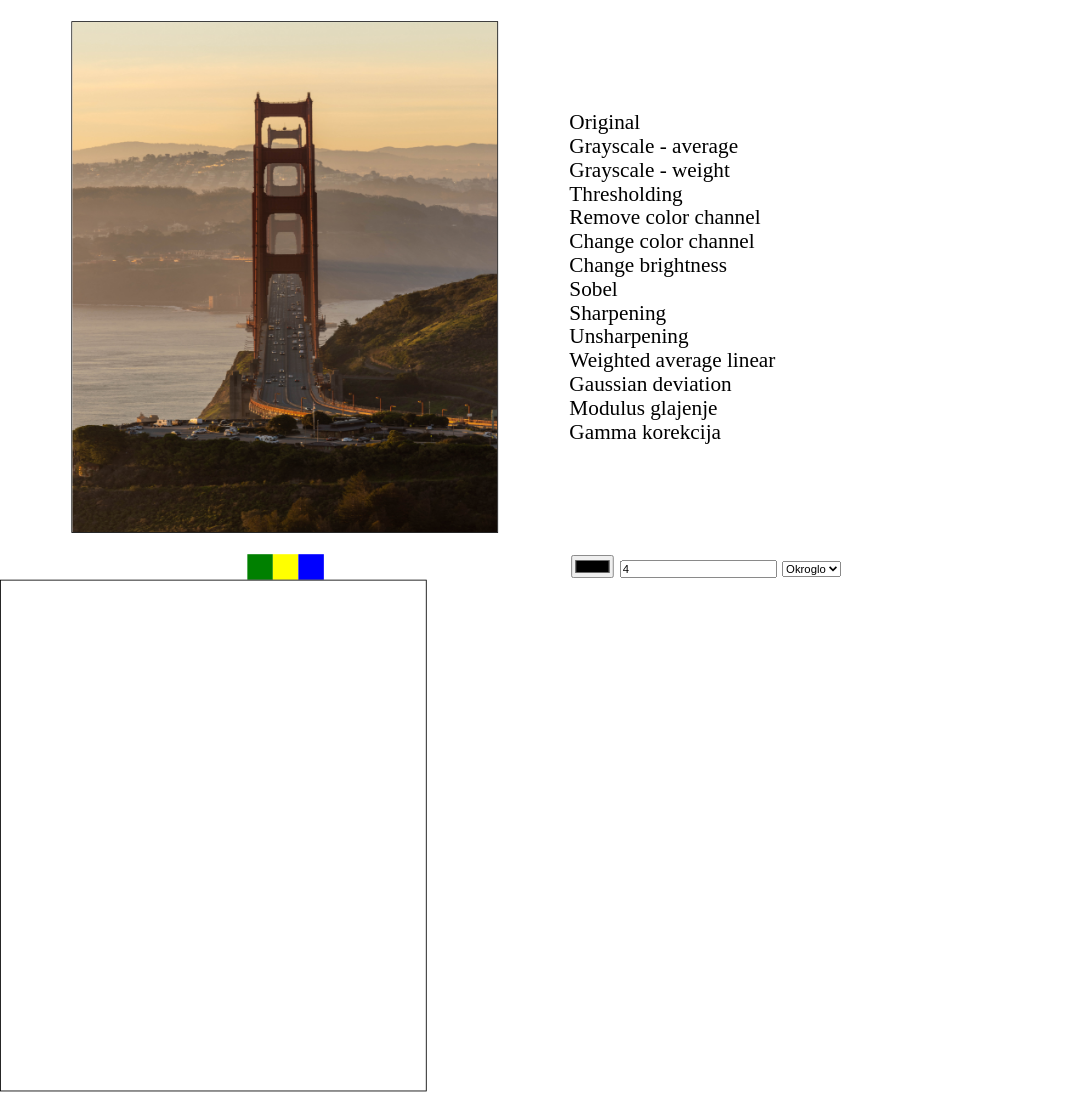
Repository: fussionko/web_photoshop
Page: index.html
These files come from the project's save history. The page is drawn as it stood at one moment and after the next save; the edit follows.
The browser window is 1280 px wide. The pictures show the whole page, at 85% of full size.

Above is the page before, as saved 2022-04-28 11:35:35.

### index.html
<!doctype html>
<html lang="en">
    <head>
        <meta charset="utf-8">
        <meta name="viewport" content="width=device-width, initial-scale=1">

        <title>Slike</title>
        <link rel="stylesheet" href="style.css">
    </head>
    <body>
        <div id="container-main">
            <canvas id="main_canvas"></canvas>
            <div id="container-buttons"></div>
            <div id="container-controls"></div>
        </div>
        <div id="container-assist">
            <div id="container-history"><div id="history-back"></div><div id="history-fow"></div><div id="history-reset"></div></div>
            <div id="container-color">
                <input type="color" id="color" value="#000000">
                <input type="number" id="brush-size" step="1" value="4">
                <select id="cap-type">
                    <option value="butt">Butt</option>
                    <option value="round" selected>Okroglo</option>
                    <option value="square">Kvadrat</option>
                </select>
            </div>
        </div>
        <div id="container-histogram">
            <canvas id="main-graph"></canvas>
        </div>

        <script src="filters.js"></script>
        <script src="draw.js"></script>
        <script src="history.js"></script>
        <script src="graph.js"></script>
        <script src="main.js"></script>
    </body>
</html>

### style.css
html {
    margin: 0;
    width: 100%;
    height: 100%;

    background-color: white !important;
}
body {
    margin: 0;

    display: grid;
    align-items: center;

    font-size: 25px;
    background-color: white !important;
    width: 100%;
    height: 100%;

}

#container-main {
    width: 100%;
    display: grid;
    grid-template-columns: auto auto 200px;
    align-items: center;
    justify-content: space-evenly;
    margin: 25px 0;
}
canvas {

    border: 1px solid black;
}

.button-function {
    border: 1px solid black;
    padding: 5px;
    margin: 5px;;
}

#container-assist {
    display: grid;
    grid-template-columns: auto auto ;
    justify-content: space-evenly;
}

#container-history {
    display: flex;

}

#history-back, #history-fow, #history-reset {
    width: 30px;
    height: 30px;
}

#history-fow {
    background-color: yellow;
}

#history-back {
    background-color: green;
}

#history-reset {
    background-color: blue;
}

### filters.js
let ultra_computed_gaussian_blur = {};

function gaussian_blur(img_data, deviation)
{
    if(deviation === 0) return img_data;
    if(ultra_computed_gaussian_blur[deviation] !== undefined) return ultra_computed_gaussian_blur[deviation];

    let new_img_data = [];
    const range = 2*deviation;
    let matrix_gaussian = [], sum = get_gaussian_matrix(range, deviation, matrix_gaussian);
    for(let i = 0; i < img_data.length; i+=4)
    {
        let matrix_r_adjecant = [], matrix_g_adjecant = [], matrix_b_adjecant = [];
        get_adjecant_pixels(i, range, img_data, matrix_r_adjecant, matrix_g_adjecant, matrix_b_adjecant);
        new_img_data[i] = calculateMatrixSum(matrix_gaussian, matrix_r_adjecant)/sum;
        new_img_data[i+1] = calculateMatrixSum(matrix_gaussian, matrix_g_adjecant)/sum;
        new_img_data[i+2] = calculateMatrixSum(matrix_gaussian, matrix_b_adjecant)/sum;
        new_img_data[i+3] = img_data[i+3];
    }
    ultra_computed_gaussian_blur[deviation] = new_img_data;

    return new_img_data;
}

function get_adjecant_pixels(index, range, img_data, matrix_r_adjecant, matrix_g_adjecant, matrix_b_adjecant)
{
    let next = canvas_width*4;
    for(let y = -range; y <= range; y++)
    {
        let yrange = y+range;
        matrix_r_adjecant[yrange] = [];
        matrix_g_adjecant[yrange] = [];
        matrix_b_adjecant[yrange] = [];
        for(let x = -range; x <= range; x++)
        {
            let xrange = x+range;
            let r = 128, g = 128, b = 128;
            if(index%(canvas_width*4)+x*4 >= 0)
            {
                const main_i = index+next*y+4*x;
                if(main_i >= 0)
                {
                    r = img_data[main_i];
                    g = img_data[main_i+1];
                    b = img_data[main_i+2];
                }
            }
            matrix_r_adjecant[yrange][xrange] = r;
            matrix_g_adjecant[yrange][xrange] = g;
            matrix_b_adjecant[yrange][xrange] = b;
        }
    }
}

function get_adjecant_pixels_array(index, range, img_data, array_r_adjecant, array_g_adjecant, array_b_adjecant)
{
    const next = canvas_width*4;
    for(let y = -range; y <= range; y++)
    {
        for(let x = -range; x <= range; x++)
        {
            let r = 0, g = 0, b = 0;
            if(index%(canvas_width*4)+x*4 >= 0)
            {
                const main_i = index+next*y+4*x;
                if(main_i >= 0)
                {
                    r = img_data[main_i];
                    g = img_data[main_i+1];
                    b = img_data[main_i+2];
                }
            }
            array_r_adjecant.push(r);
            array_g_adjecant.push(g);
            array_b_adjecant.push(b);
        }
    }
}

function get_gaussian_matrix(range, deviation, matrix_gaussian)
{
    let sum = 0;
    for(let y = -range; y <= range; y++)
    {
        matrix_gaussian[y+range] = [];
        for(let x = -range; x <= range; x++)
        {
            matrix_gaussian[y+range][x+range] = gaussian_2d_equation(x, y, deviation);
            sum += matrix_gaussian[y+range][x+range];
        }
    }
    return sum;
}

function gaussian_2d_equation(x, y, deviation)
{
    let exp = -(x*x+y*y)/(2*deviation*deviation);
    let main = 1/(2*Math.PI*deviation*deviation);
    return main*Math.pow(Math.E, exp);
}

function hexToRgb(hex) {
    var result = /^#?([a-f\d]{2})([a-f\d]{2})([a-f\d]{2})$/i.exec(hex);
    return result ? {
        r: parseInt(result[1], 16),
        g: parseInt(result[2], 16),
        b: parseInt(result[3], 16)
    } : null;
}

function calculateMatrixSum(matrix, values)
{
    let sum = 0;
    for(let i = 0; i < matrix[0].length; i++)
        for(let j = 0; j < matrix.length; j++)
            if(values[i][j] !== undefined)
                sum += values[i][j]*matrix[i][j];
    return sum;
}

function sobel(img_data, min_color, max_color, color_ok, threshold)
{
    let new_img_data = [];
    img_data = grayscale_weight(img_data);
    if(color_ok === true)
    {
        for(let i = 0; i < img_data.length; i+=4)
        {
            let matrix_sum = img_data[i-canvas_width*4] + img_data[i-4] + img_data[i]*-4 + img_data[i+4] + img_data[i+canvas_width*4];
            let color = matrix_sum < threshold ? max_color : min_color;
            new_img_data[i] = hexToRgb(color).r;
            new_img_data[i+1] = hexToRgb(color).g;
            new_img_data[i+2] = hexToRgb(color).b;
            new_img_data[i+3] = img_data[i+3];
        }
    }
    else
    {
        if(computed_sobel !== undefined) return computed_sobel;
        for(let i = 0; i < img_data.length; i+=4)
        {
            let matrix_sum = img_data[i-4-canvas_width*4] + img_data[i-canvas_width*4]*2 + img_data[i+4-canvas_width*4] +
                            img_data[i-4+canvas_width*4]*-1 + img_data[i+canvas_width*4]*-2 + img_data[i+4+canvas_width*4]*-1;
            new_img_data[i] = matrix_sum;
            new_img_data[i+1] = matrix_sum;
            new_img_data[i+2] = matrix_sum;
            new_img_data[i+3] = img_data[i+3];
        }
        computed_sobel = new_img_data;
    }

    return new_img_data;
}

let ultra_computed_modulus = {};

function modulus(img_data, range)
{
    if(ultra_computed_modulus[range] !== undefined) return ultra_computed_modulus[range];

    let new_img_data = [];
    for(let i = 0; i < img_data.length; i+=4)
    {
        let array_r_adjecant = [], array_g_adjecant = [], array_b_adjecant = [];
        get_adjecant_pixels_array(i, range, img_data, array_r_adjecant, array_g_adjecant, array_b_adjecant);
        array_r_adjecant.sort();
        array_g_adjecant.sort();
        array_b_adjecant.sort();
        new_img_data[i] = array_r_adjecant[Math.floor(array_r_adjecant.length/2)];
        new_img_data[i+1] = array_g_adjecant[Math.floor(array_g_adjecant.length/2)];
        new_img_data[i+2] = array_b_adjecant[Math.floor(array_b_adjecant.length/2)];
        new_img_data[i+3] = img_data[i+3];
    }
    ultra_computed_modulus[range] = new_img_data;

    return new_img_data;
}

//let ultra_computed_gamma = {};
function gamma(img_data, gamma)
{
    //if(ultra_computed_gamma[gamma] !== undefined) return ultra_computed_gamma[gamma];

    let new_img_data = [];
    for(let i = 0; i < img_data.length; i+=4)
    {
        new_img_data[i] = 255*Math.pow((img_data[i]/255), gamma);
        new_img_data[i+1] = 255*Math.pow((img_data[i+1]/255), gamma);
        new_img_data[i+2] = 255*Math.pow((img_data[i+2]/255), gamma);
        new_img_data[i+3] = img_data[i+3];
    }
   // ultra_computed_gamma[gamma] = new_img_data;

    return new_img_data;
}

function sharpening(img_data)
{
    let new_img_data = [];
    for(let i = 0; i < img_data.length; i+=4)
    {
        let r_sum = img_data[i-4-canvas_width*4]*-1 + img_data[i-canvas_width*4]*-1 + img_data[i+4-canvas_width*4]*-1 +
                    img_data[i-4]*-1 + img_data[i]*9 + img_data[i+4]*-1 +
                    img_data[i-4+canvas_width*4]*-1 + img_data[i+canvas_width*4]*-1 + img_data[i+4+canvas_width*4]*-1;
        let g_sum = img_data[i+1-4-canvas_width*4]*-1 + img_data[i+1-canvas_width*4]*-1 + img_data[i+1+4-canvas_width*4]*-1 +
                    img_data[i+1-4]*-1 + img_data[i+1]*9 + img_data[i+1+4]*-1 +
                    img_data[i+1-4+canvas_width*4]*-1 + img_data[i+1+canvas_width*4]*-1 + img_data[i+1+4+canvas_width*4]*-1;
        let b_sum = img_data[i+2-4-canvas_width*4]*-1 + img_data[i+2-canvas_width*4]*-1 + img_data[i+2+4-canvas_width*4]*-1 +
                    img_data[i+2-4]*-1 + img_data[i+2]*9 + img_data[i+2+4]*-1 +
                    img_data[i+2-4+canvas_width*4]*-1 + img_data[i+2+canvas_width*4]*-1 + img_data[i+2+4+canvas_width*4]*-1;
        new_img_data[i] = r_sum;
        new_img_data[i+1] = g_sum;
        new_img_data[i+2] = b_sum;
        new_img_data[i+3] = img_data[i+3];
    }
    return new_img_data;
}

function unsharpening(img_data, amount, kernel_size)
{
    let new_img_data = [];
    let blurred = gaussian_blur(img_data, kernel_size);
    for(let i = 0; i < img_data.length; i+=4)
    {
        new_img_data[i] = img_data[i] + (img_data[i]-blurred[i])*amount;
        new_img_data[i+1] = img_data[i+1] + (img_data[i+1]-blurred[i+1])*amount;
        new_img_data[i+2] = img_data[i+2] + (img_data[i+2]-blurred[i+2])*amount;
        new_img_data[i+3] = img_data[i+3];
    }

    return new_img_data;
}

function box_filter(data_m)
{
    let sum = 0;
    for(let i = 0; i < data_m.length; i++)
        for(let j = 0; j < data_m.length; j++)
            sum += data_m[i][j];
    return sum*(1/9);
}

function weighted_avg_linear(img_data, weight)
{
    let new_img_data = [];
    let weighted_avg_linear_matrix_test = [
        [1, 2, 1],
        [2, 4*weight, 2],
        [1, 2, 1]
    ];
    weight *= 2;
    for(let i = 0; i < img_data.length; i+=4)
    {
        let values_matrix_r = [
            [img_data[i-4-canvas_width*4], img_data[i-canvas_width*4], img_data[i+4-canvas_width*4]],
            [img_data[i-4], img_data[i], img_data[i+4]],
            [img_data[i-4+canvas_width*4], img_data[i+canvas_width*4], img_data[i+4+canvas_width*4]]
        ];

        let values_matrix_g = [
            [img_data[i+1-4-canvas_width*4], img_data[i+1-canvas_width*4], img_data[i+1+4-canvas_width*4]],
            [img_data[i+1-4], img_data[i+1], img_data[i+1+4]],
            [img_data[i+1-4+canvas_width*4], img_data[i+1+canvas_width*4], img_data[i+1+4+canvas_width*4]]
        ];

        let values_matrix_b = [
            [img_data[i+2-4-canvas_width*4], img_data[i+2-canvas_width*4], img_data[i+2+4-canvas_width*4]],
            [img_data[i+2-4], img_data[i+2], img_data[i+2+4]],
            [img_data[i+2-4+canvas_width*4], img_data[i+2+canvas_width*4], img_data[i+2+4+canvas_width*4]]
        ];

        let mat_r = calculateMatrixSum(weighted_avg_linear_matrix_test, values_matrix_r)*(1/weight);
        let mat_g = calculateMatrixSum(weighted_avg_linear_matrix_test, values_matrix_g)*(1/weight);
        let mat_b = calculateMatrixSum(weighted_avg_linear_matrix_test, values_matrix_b)*(1/weight);

        new_img_data[i] = mat_r;
        new_img_data[i+1] = mat_g;
        new_img_data[i+2] = mat_b;
        new_img_data[i+3] = img_data[i+3];
    }

    return new_img_data;
}

function grayscale_average(img_data)
{
    let new_img_data = [];
    for(let i = 0; i < img_data.length; i+=4)
    {
        let avg = Math.round((img_data[i]+img_data[i+1]+img_data[i+2])/3);
        new_img_data[i] = avg;
        new_img_data[i+1] = avg;
        new_img_data[i+2] = avg;
        new_img_data[i+3] = img_data[i+3];
    }
    return new_img_data;
}

function grayscale_weight(img_data)
{
    let new_img_data = [];
    let r_weight = 0.299, g_weight = 0.587, b_weight = 0.114;
    for(let i = 0; i < img_data.length; i+=4)
    {
        let sum = img_data[i]*r_weight + img_data[i+1]*g_weight + img_data[i+2]*b_weight;
        new_img_data[i] = sum;
        new_img_data[i+1] = sum;
        new_img_data[i+2] = sum;
        new_img_data[i+3] = img_data[i+3];
    }
    return new_img_data;
}

function thresholding(img_data, pixel_value_min, pixel_value_max, threshold)
{
    let new_img_data = [];
    for(let i = 0; i < img_data.length; i+=4)
    {
        new_img_data[i] = img_data[i] > threshold ? pixel_value_max : pixel_value_min;
        new_img_data[i+1] = img_data[i+1] > threshold ? pixel_value_max : pixel_value_min;
        new_img_data[i+2] = img_data[i+2] > threshold ? pixel_value_max : pixel_value_min;
        new_img_data[i+3] = img_data[i+3];
    }
    return new_img_data;
}

function color_channel_remove(img_data, r, g, b)
{
    let new_img_data = [];
    for(let i = 0; i < img_data.length; i += 4)
    {
        new_img_data[i] = r === false ? 0 : img_data[i];
        new_img_data[i+1] = g === false ? 0 : img_data[i+1];
        new_img_data[i+2] = b === false ? 0 : img_data[i+2];
        new_img_data[i+3] = img_data[i+3];
    }
    return new_img_data;
}

function color_channel_change(img_data, r, g, b)
{
    let new_img_data = [];
    for(let i = 0; i < img_data.length; i += 4)
    {
        new_img_data[i] = r !== 0 ? img_data[i]+r : img_data[i];
        new_img_data[i+1] = g !== 0 ? img_data[i+1]+g : img_data[i+1];
        new_img_data[i+2] = b !== 0 ? img_data[i+2]+b : img_data[i+2];
        new_img_data[i+3] = img_data[i+3];
    }
    return new_img_data;
}

function brighten_image(img_data, brightnes_increase)
{
    let new_img_data = [];
    if(brightnes_increase === 0) return img_data;
    for(let i = 0; i < img_data.length; i+=4)
    {
        new_img_data[i] = img_data[i]+brightnes_increase;
        new_img_data[i+1] = img_data[i+1]+brightnes_increase;
        new_img_data[i+2] = img_data[i+2]+brightnes_increase;
        new_img_data[i+3] = img_data[i+3];
    }
    return new_img_data;
}

let computed_sobel;
let computed_sobel_x;
let computed_sobel_y;

let computed_sobel_sum_x;
let computed_sobel_sum_y; // mozno

function sobel_y(img_data, min_color, max_color, color_ok, threshold)
{
    let new_img_data = [];
    img_data = grayscale_weight(img_data);
    if(color_ok === true)
    {
        for(let i = 0; i < img_data.length; i+=4)
        {
            let matrix_sum = img_data[i-4-canvas_width*4] + img_data[i+4-canvas_width*4]*-1 +
                            img_data[i-4]*2 + img_data[i+4]*-2 +
                            img_data[i-4+canvas_width*4] + img_data[i+4+canvas_width*4]*-1;
            let color = matrix_sum < threshold ? max_color : min_color;
            new_img_data[i] = hexToRgb(color).r;
            new_img_data[i+1] = hexToRgb(color).g;
            new_img_data[i+2] = hexToRgb(color).b;
            new_img_data[i+3] = img_data[i+3];
        }
    }
    else
    {
        if(computed_sobel_y !== undefined) return computed_sobel_y;
        for(let i = 0; i < img_data.length; i+=4)
        {
            let matrix_sum = img_data[i-4-canvas_width*4] + img_data[i-canvas_width*4]*2 + img_data[i+4-canvas_width*4] +
                            img_data[i-4+canvas_width*4]*-1 + img_data[i+canvas_width*4]*-2 + img_data[i+4+canvas_width*4]*-1;
            new_img_data[i] = matrix_sum;
            new_img_data[i+1] = matrix_sum;
            new_img_data[i+2] = matrix_sum;
            new_img_data[i+3] = img_data[i+3];
        }
        computed_sobel_y = new_img_data;
    }

    return new_img_data;
}

function sobel_x(img_data, min_color, max_color, color_ok, threshold)
{
    let new_img_data = [];
    img_data = grayscale_weight(img_data);
    if(color_ok === true)
    {
        for(let i = 0; i < img_data.length; i+=4)
        {
            let matrix_sum = img_data[i-4-canvas_width*4] + img_data[i-canvas_width*4]*2 + img_data[i+4-canvas_width*4] +
                            img_data[i-4+canvas_width*4]*-1 + img_data[i+canvas_width*4]*-2 + img_data[i+4+canvas_width*4]*-1;
            let color = matrix_sum < threshold ? max_color : min_color;
            new_img_data[i] = hexToRgb(color).r;
            new_img_data[i+1] = hexToRgb(color).g;
            new_img_data[i+2] = hexToRgb(color).b;
            new_img_data[i+3] = img_data[i+3];
        }
    }
    else
    {
        if(computed_sobel_x !== undefined) return computed_sobel_x;
        for(let i = 0; i < img_data.length; i+=4)
        {
            let matrix_sum = img_data[i-4-canvas_width*4] + img_data[i-canvas_width*4]*2 + img_data[i+4-canvas_width*4] +
                            img_data[i-4+canvas_width*4]*-1 + img_data[i+canvas_width*4]*-2 + img_data[i+4+canvas_width*4]*-1;
            new_img_data[i] = matrix_sum;
            new_img_data[i+1] = matrix_sum;
            new_img_data[i+2] = matrix_sum;
            new_img_data[i+3] = img_data[i+3];
        }
        computed_sobel_x = new_img_data;
    }

    return new_img_data;
}

### draw.js
function loadDraw()
{
    document.addEventListener('mousemove', draw);
    document.addEventListener('mousedown', function(e){
        setPosition(e);
        draw(e);
    });
    document.addEventListener('mouseenter', setPosition);
    document.addEventListener('mouseup', function(e){
        if(e.clientX > canvas_x_position + canvas_width || e.clientX < canvas_x_position) return;
        if(e.clientY > canvas_y_position + canvas_height || e.clientY < canvas_y_position) return;
        loadImage(getPixelData());
    });

    document.getElementById("color").addEventListener("change", function(){
        draw_color = this.value;
        console.log(draw_color);
    });

    document.getElementById("brush-size").addEventListener("change", function(){
        brush_size = parseInt(this.value);
        console.log(brush_size);
    });

    document.getElementById("cap-type").addEventListener("change", function(){
        cap_type = this.value;
        console.log(cap_type);
    });
}

let pos = {x:0, y:0}

function setPosition(e)
{
    pos.x = e.clientX - canvas_x_position;
    pos.y = e.clientY - canvas_y_position;
}

let draw_color = "#000000";
let brush_size = 4;
let cap_type = "round";
function draw(e)
{
    if (e.buttons !== 1) return;

    main_ctx.beginPath(); // begin

    main_ctx.lineWidth = brush_size;
    main_ctx.lineCap = cap_type;
    main_ctx.strokeStyle = draw_color;

    main_ctx.moveTo(pos.x, pos.y); // from
    setPosition(e);
    main_ctx.lineTo(pos.x, pos.y); // to

    main_ctx.stroke(); // draw it!


}

function delete_draw(e)
{
    if (e.buttons !== 1) return;

    main_ctx.beginPath(); // begin

    main_ctx.lineWidth = brush_size;
    main_ctx.lineCap = 'round';
    main_ctx.strokeStyle = draw_color;

    main_ctx.moveTo(pos.x, pos.y); // from
    setPosition(e);
    main_ctx.lineTo(pos.x, pos.y); // to

    main_ctx.stroke(); // draw it!
}

### history.js
function loadHistory()
{
    document.getElementById("history-back").addEventListener("click", function(){
        if(moveBackwardHistory() == -1) return;
        loadImageHistory();
    })

    document.getElementById("history-fow").addEventListener("click", function(){
        if(moveFowardHistory() == -1) return;
        loadImageHistory();
    })

    document.getElementById("history-reset").addEventListener("click", function(){
        let draw_image = new ImageData(canvas_width, canvas_height);
        draw_image.data.set(original_img_data);
        history = [draw_image.data];
        currentHistoryIndex = 1;
        current_filter_data["filter"] = "original";
        current_filter_data["index"] = 1;
        current_filter_data["data"] = draw_image.data;
        loadImageHistory();
    })
}

let history = [];
let currentHistoryIndex = 0;
function addToHistory(img_data)
{
    if(checkSame(img_data, history[history.length-1]) == 1) return;
    if(currentHistoryIndex != history.length)
        removeHistoryToIndex();

    history.push(img_data);
    currentHistoryIndex++;
}

function removeHistoryToIndex()
{
    history.splice(currentHistoryIndex, history.length-currentHistoryIndex)
}

function moveFowardHistory()
{
    if(currentHistoryIndex+1 > history.length) return -1;
    currentHistoryIndex++;
    return 1;
}

function moveBackwardHistory()
{
    if(currentHistoryIndex-1 <= 0) return -1;
    currentHistoryIndex--;
    return 1;
}

function getCurrentHistory()
{
    return history[currentHistoryIndex];
}

### graph.js

const graph_width = 500;
const graph_height = 600;

let main_graph;
let graph_ctx;





function initGraph()
{
    main_graph = document.getElementById("main-graph");
    graph_ctx = main_graph.getContext('2d');
    main_graph.width = graph_width;
    main_graph.height = graph_height;
}

let basket_num = 10;
let basket_size = Math.round(255/basket_num);
const graph_template = {
    "r":{},
    "g":{},
    "b":{}
}
let graph = JSON.parse(JSON.stringify(graph_template));

function create_graph()
{
    graph = JSON.parse(JSON.stringify(graph_template));
    for(let i = 0; i < basket_num; i++)
    {
        graph["r"][basket_size*i] = 0;
        graph["g"][basket_size*i] = 0;
        graph["b"][basket_size*i] = 0;
    }
}

function count_graph()
{
    let num = 0;
    for(const color in graph)
    {
        let keys = Object.keys(graph[color]);

    }
    return num;
}
function count_Pixel(img_data)
{
    let ranges = Object.keys(graph["r"]);
    for(let i = 0; i < img_data.length; i+=4)
    {
        for(const key in ranges)
            if(img_data[i] < ranges[key])
            {
                graph["r"][ranges[key]]++;
                break;
            }
        for(const key in ranges)
            if(img_data[i+1] < ranges[key])
            {
                graph["g"][ranges[key]]++;
                break;
            }
        for(const key in ranges)
            if(img_data[i+2] < ranges[key])
            {
                graph["b"][ranges[key]]++;
                break;
            }
    }
}

Loaded but not shown: main.js (432 lines, source omitted)

After the next save:
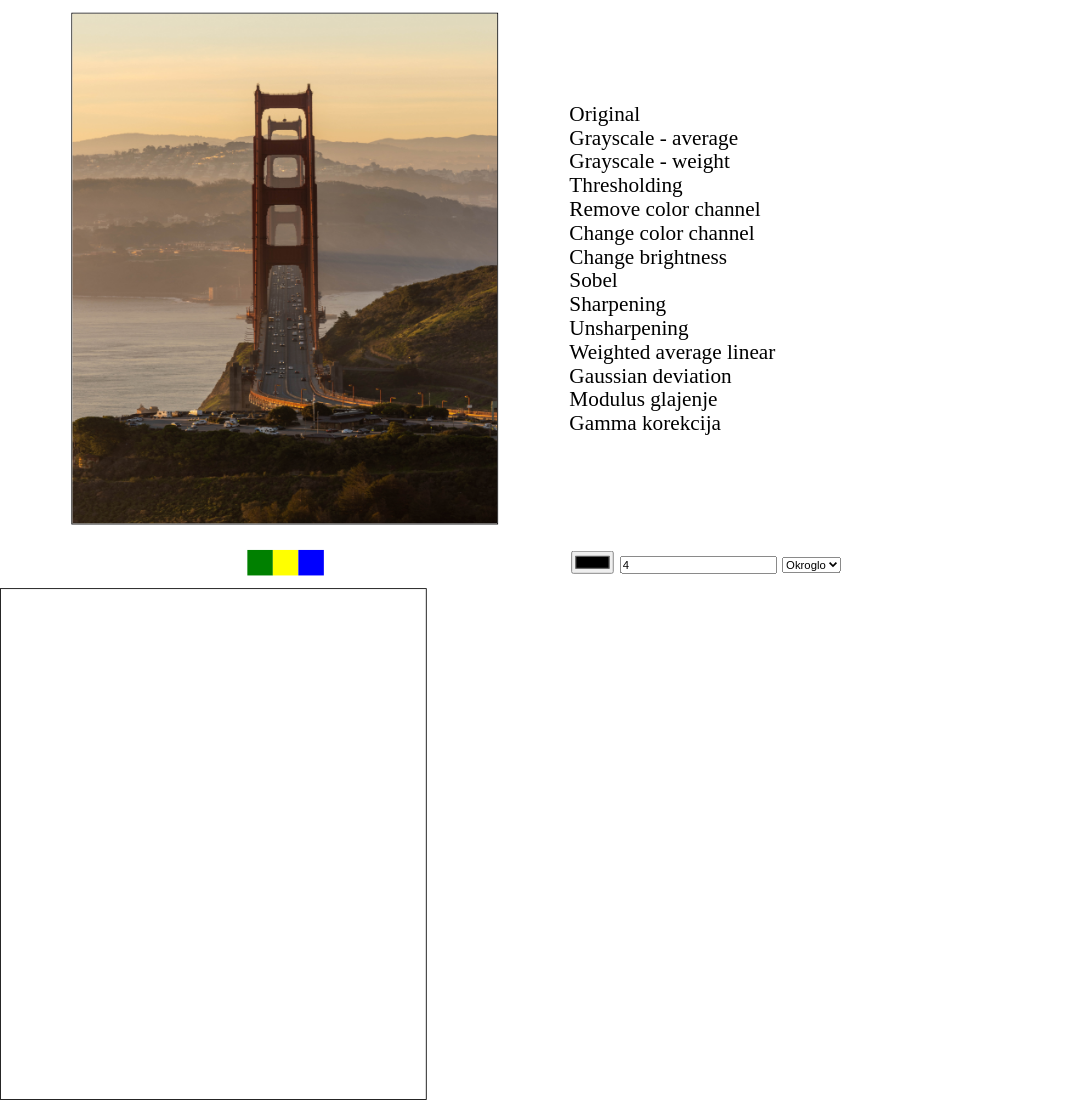
Saved 48 s later.
--- a/style.css
+++ b/style.css
@@ -18,13 +18,17 @@ body {
 
 }
 
+#container-main, #container-assist, #container-historgram {
+    margin: 15px 0;
+}
+
 #container-main {
     width: 100%;
     display: grid;
     grid-template-columns: auto auto 200px;
     align-items: center;
     justify-content: space-evenly;
-    margin: 25px 0;
+
 }
 canvas {
 
